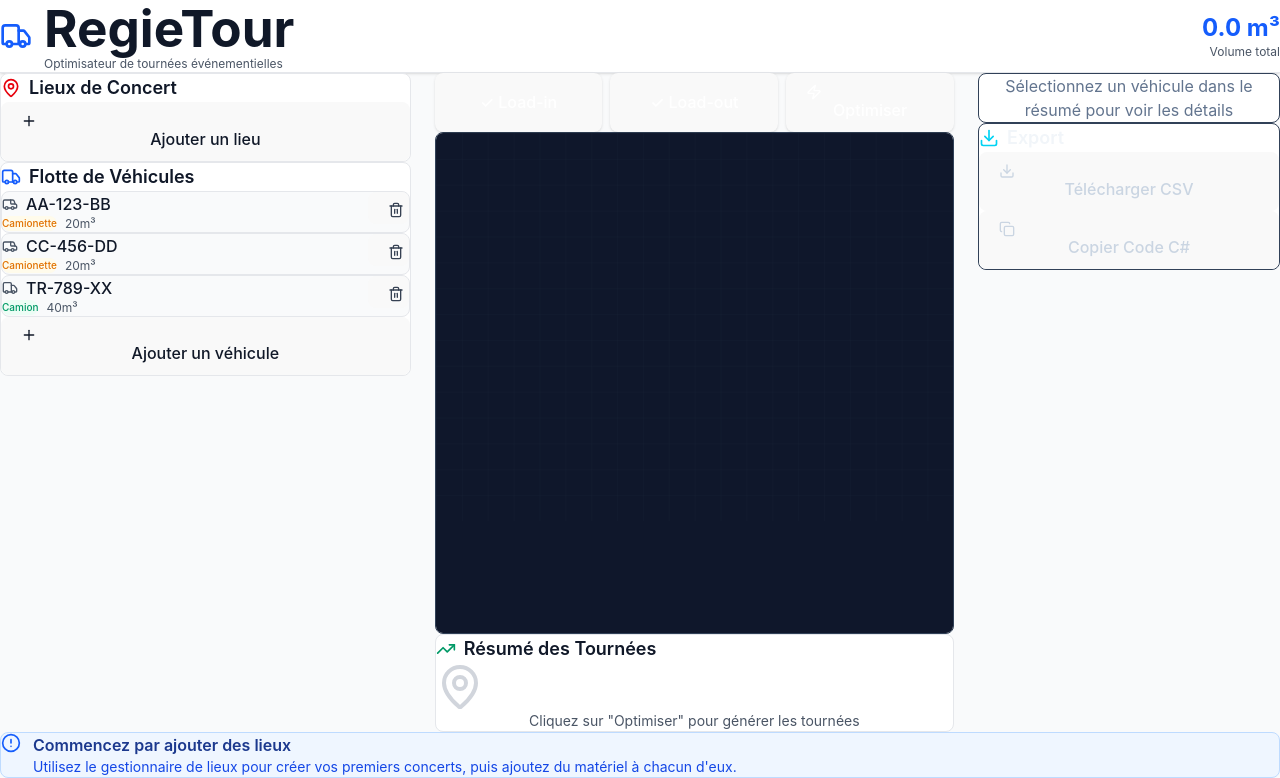
Repository: MaqlachMehdi/logipro
Page: /
These files come from the project's save history. The page is drawn as it stood at one moment and after a run of saves; the edit follows.
The browser window is 1280 px wide. The pictures show the whole page.
The project was rebuilt for these pictures with package versions that can differ from the ones it lists, and the page was loaded fresh each time. Also part of the build but not shown: vite.config.ts, src/components/ui/input.tsx, src/components/ui/label.tsx, src/components/VolumeEstimator.tsx, src/components/GearManager.tsx, src/components/ExportDatabase.tsx.

Above is the page before, as saved 2026-02-08 20:02:34.

### index.html
<!doctype html>
<html lang="en">
  <head>
    <meta charset="UTF-8" />
    <link rel="icon" type="image/svg+xml" href="/vite.svg" />
    <meta name="viewport" content="width=device-width, initial-scale=1.0" />
    <title>logipro</title>
  </head>
  <body>
    <div id="root"></div>
    <script type="module" src="/src/main.tsx"></script>
  </body>
</html>

### src/index.css
@import "tailwindcss";

* {
  margin: 0;
  padding: 0;
  box-sizing: border-box;
}

html {
  scroll-behavior: smooth;
}

body {
  background-color: #f8f9fa;
  color: #1a1a1a;
  font-family: -apple-system, BlinkMacSystemFont, 'Segoe UI', Roboto, 'Helvetica Neue', Arial, sans-serif;
  -webkit-font-smoothing: antialiased;
  -moz-osx-font-smoothing: grayscale;
}

/* Scrollbar styling */
::-webkit-scrollbar {
  width: 8px;
  height: 8px;
}

::-webkit-scrollbar-track {
  background: #f1f1f1;
}

::-webkit-scrollbar-thumb {
  background: #cbd5e1;
  border-radius: 4px;
}

::-webkit-scrollbar-thumb:hover {
  background: #94a3b8;
}
a:hover {
  color: #535bf2;
}

body {
  margin: 0;
  display: flex;
  place-items: center;
  min-width: 320px;
  min-height: 100vh;
}

h1 {
  font-size: 3.2em;
  line-height: 1.1;
}

button {
  border-radius: 8px;
  border: 1px solid transparent;
  padding: 0.6em 1.2em;
  font-size: 1em;
  font-weight: 500;
  font-family: inherit;
  background-color: #1a1a1a;
  cursor: pointer;
  transition: border-color 0.25s;
}
button:hover {
  border-color: #646cff;
}
button:focus,
button:focus-visible {
  outline: 4px auto -webkit-focus-ring-color;
}

@media (prefers-color-scheme: light) {
  :root {
    color: #213547;
    background-color: #ffffff;
  }
  a:hover {
    color: #747bff;
  }
  button {
    background-color: #f9f9f9;
  }
}

### src/components/index.tsx
export { FleetManager } from './FleetManager';
export { SpotManager } from './SpotManager';
export { VolumeEstimator } from './VolumeEstimator';
export { RouteSummary } from './RouteSummary';
export { MapPlanner } from './MapPlanner';
export { VehicleDetail } from './VehicleDetail';
export { ExportPanel } from './ExportPanel';
export { GearManager } from './GearManager';
export { ExportDatabase } from './ExportDatabase';

### src/utils/vrptw-solver.ts
import type { Vehicle, Spot, Route, Stop } from '../types';
import { GEAR_CATALOG } from './volume-data';


// Parse time string to minutes from midnight
function timeToMinutes(time: string | undefined): number {
  if (!time) return 0;
  const [hours, minutes] = time.split(':').map(Number);
  return hours * 60 + minutes;
}

// Format minutes back to time string
function minutesToTime(minutes: number): string {
  const hours = Math.floor(minutes / 60);
  const mins = minutes % 60;
  return `${hours.toString().padStart(2, '0')}:${mins.toString().padStart(2, '0')}`;
}

// Calculate distance using Haversine formula
function calculateDistance(lat1: number, lon1: number, lat2: number, lon2: number): number {
  const R = 6371; // Earth's radius in km
  const dLat = (lat2 - lat1) * Math.PI / 180;
  const dLon = (lon2 - lon1) * Math.PI / 180;
  const a =
    Math.sin(dLat/2) * Math.sin(dLat/2) +
    Math.cos(lat1 * Math.PI / 180) * Math.cos(lat2 * Math.PI / 180) *
    Math.sin(dLon/2) * Math.sin(dLon/2);
  const c = 2 * Math.atan2(Math.sqrt(a), Math.sqrt(1-a));
  return R * c;
}

interface UnassignedStop {
  spotId: string;
  spot: Spot;
  type: 'load-in' | 'load-out';
  earliest: number;
  latest: number;
  volume: number;
}

export function solveVRPTW(vehicles: Vehicle[], spots: Spot[], showLoadIn: boolean = true, showLoadOut: boolean = true): Route[] {
  const routes: Route[] = [];

  // Create unassigned stops from spots
  const unassignedStops: UnassignedStop[] = [];


  spots.forEach(spot => {
    // Calculate total volume for this spot from gear selections
    const spotVolume = spot.gearSelections.reduce((sum, sel) => {
      const gearItem = GEAR_CATALOG.find((g: any) => g.id === sel.gearId);
      return sum + (gearItem?.volume || 0) * sel.quantity;
    }, 0);

    // Load-in stop
    if (showLoadIn) {
      unassignedStops.push({
        spotId: spot.id,
        spot,
        type: 'load-in',
        earliest: timeToMinutes(spot.openingTime),
        latest: timeToMinutes(spot.concertTime),
        volume: spotVolume,
      });
    }

    // Load-out stop
    if (showLoadOut) {
      unassignedStops.push({
        spotId: spot.id,
        spot,
        type: 'load-out',
        earliest: timeToMinutes(spot.concertTime),
        latest: timeToMinutes(spot.closingTime),
        volume: spotVolume,
      });
    }
  });

  // Sort by earliest time (greedy approach)
  unassignedStops.sort((a, b) => a.earliest - b.earliest);

  // Assign stops to vehicles
  const availableVehicles = [...vehicles];
  const centerLat = 48.8566;
  const centerLon = 2.3522;

  while (unassignedStops.length > 0 && availableVehicles.length > 0) {
    const vehicle = availableVehicles.shift();
    if (!vehicle) break;

    const stops: Stop[] = [];
    let currentVolume = 0;
    let currentTime = 8 * 60; // Start at 8:00 AM
    let totalDistance = 0;

    let lastLat = centerLat;
    let lastLon = centerLon;

    // Try to assign stops to this vehicle
    for (let i = unassignedStops.length - 1; i >= 0; i--) {
      const stop = unassignedStops[i];

      // Check capacity
      if (currentVolume + stop.volume > vehicle.capacity) {
        continue;
      }

      // Calculate travel time (assume 30km/h average speed in city)
      const distance = calculateDistance(lastLat, lastLon, stop.spot.lat, stop.spot.lon);
      const travelTime = (distance / 30) * 60; // minutes
      const arrivalTime = currentTime + travelTime;

      // Check time window
      if (arrivalTime > stop.latest) {
        continue;
      }

      // Assign stop
      const serviceTime = 30; // 30 minutes for loading/unloading
      stops.push({
        venueId: stop.spotId,
        type: stop.type,
        time: minutesToTime(Math.max(arrivalTime, stop.earliest)),
        volume: stop.volume,
      });

      currentVolume += stop.volume;
      currentTime = Math.max(arrivalTime, stop.earliest) + serviceTime;
      totalDistance += distance;
      lastLat = stop.spot.lat;
      lastLon = stop.spot.lon;

      // Remove from unassigned
      unassignedStops.splice(i, 1);
    }

    // Return to depot
    const returnDistance = calculateDistance(lastLat, lastLon, centerLat, centerLon);
    totalDistance += returnDistance;

    if (stops.length > 0) {
      routes.push({
        vehicleId: vehicle.id,
        stops,
        totalDistance: Math.round(totalDistance * 10) / 10,
        totalVolume: Math.round(currentVolume * 10) / 10,
        utilization: Math.round((currentVolume / vehicle.capacity) * 100),
      });
    }
  }

  return routes;
}

### src/components/ui/index.tsx
export { Button } from './button';
export { Input } from './input';
export { Label } from './label';
export { Card, CardContent, CardHeader, CardTitle, CardDescription } from './card';

### src/utils/volume-data.ts
export const GEAR_CATALOG = [
  // Batterie & Percussion
  { id: 'drum-kit', name: 'Drum Kit Complete', category: 'Percussion', volume: 1.2 },
  { id: 'snare', name: 'Caisse Claire', category: 'Percussion', volume: 0.15 },
  { id: 'cymbals', name: 'Cymbales Pack', category: 'Percussion', volume: 0.3 },
  { id: 'percussion-extra', name: 'Percussion Extra', category: 'Percussion', volume: 0.5 },

  // Guitares & Basses
  { id: 'electric-guitar', name: 'Guitare Électrique', category: 'Guitares', volume: 0.1 },
  { id: 'bass-guitar', name: 'Basse', category: 'Guitares', volume: 0.12 },
  { id: 'acoustic-guitar', name: 'Guitare Acoustique', category: 'Guitares', volume: 0.15 },
  { id: 'guitar-amp', name: 'Ampli Guitare', category: 'Guitares', volume: 0.3 },
  { id: 'bass-amp', name: 'Ampli Basse', category: 'Guitares', volume: 0.4 },
  { id: 'pedalboard', name: 'Pedalboard', category: 'Guitares', volume: 0.08 },

  // Claviers
  { id: 'piano', name: 'Piano', category: 'Claviers', volume: 2.5 },
  { id: 'synth', name: 'Synthétiseur', category: 'Claviers', volume: 0.25 },
  { id: 'keyboard-stand', name: 'Stand Clavier', category: 'Claviers', volume: 0.15 },
  { id: 'organ', name: 'Orgue', category: 'Claviers', volume: 1.8 },

  // Sonorisation
  { id: 'pa-speaker', name: 'Enceinte PA', category: 'Sonorisation', volume: 0.4 },
  { id: 'subwoofer', name: 'Caisson de Bas', category: 'Sonorisation', volume: 0.6 },
  { id: 'mixing-console', name: 'Table de Mixage', category: 'Sonorisation', volume: 0.5 },
  { id: 'microphones', name: 'Pack Micros', category: 'Sonorisation', volume: 0.2 },
  { id: 'monitor', name: 'Moniteur Scène', category: 'Sonorisation', volume: 0.15 },

  // Éclairage
  { id: 'moving-head', name: 'Moving Head', category: 'Éclairage', volume: 0.3 },
  { id: 'led-bar', name: 'Barre LED', category: 'Éclairage', volume: 0.4 },
  { id: 'dimmer-rack', name: 'Gradateur', category: 'Éclairage', volume: 0.5 },
  { id: 'truss', name: 'Truss Section', category: 'Éclairage', volume: 0.8 },

  // Scène & Accessoires
  { id: 'flight-case', name: 'Flight Case', category: 'Accessoires', volume: 0.2 },
  { id: 'cable-box', name: 'Câbles Box', category: 'Accessoires', volume: 0.15 },
  { id: 'stand-rack', name: 'Stand Rack', category: 'Accessoires', volume: 0.25 },
  { id: 'backline-riser', name: 'Riser Backline', category: 'Accessoires', volume: 0.6 },
];

### src/components/MapPlanner.tsx
import { useMemo } from 'react';
import type { Route, Vehicle, Spot } from '../types';
import { Card, CardContent } from './ui';
import { MapPin } from 'lucide-react';

interface MapPlannerProps {
  routes: Route[];
  vehicles: Vehicle[];
  spots: Spot[];
  selectedVehicleId: string | null;
  showLoadIn: boolean;
  showLoadOut: boolean;
}

export function MapPlanner({
  routes,
  vehicles,
  spots,
  selectedVehicleId,
  showLoadIn,
  showLoadOut
}: MapPlannerProps) {
  const { scale, offsetX, offsetY } = useMemo(() => {
    if (spots.length === 0) {
      return { scale: 10000, offsetX: 0, offsetY: 0 };
    }

    const lats = spots.map(v => v.lat);
    const lons = spots.map(v => v.lon);
    const minLat = Math.min(...lats) - 0.02;
    const maxLat = Math.max(...lats) + 0.02;
    const minLon = Math.min(...lons) - 0.02;
    const maxLon = Math.max(...lons) + 0.02;

    const padding = 60;
    const width = 800 - padding * 2;
    const height = 600 - padding * 2;

    const latRange = maxLat - minLat;
    const lonRange = maxLon - minLon;

    const scale = Math.min(width / lonRange, height / latRange);

    const offsetX = padding + (width - lonRange * scale) / 2 - minLon * scale;
    const offsetY = padding + (height - latRange * scale) / 2 + maxLat * scale;

    return { scale, offsetX, offsetY };
  }, [spots]);

  const project = (lat: number, lon: number) => ({
    x: lon * scale + offsetX,
    y: offsetY - lat * scale,
  });

  const getColorHex = (color: string) => {
    const colorMap: Record<string, string> = {
      'indigo-500': '#6366f1',
      'emerald-500': '#10b981',
      'amber-500': '#f59e0b',
      'rose-500': '#f43f5e',
      'cyan-500': '#06b6d4',
      'violet-500': '#8b5cf6',
    };
    return colorMap[color] || '#64748b';
  };

  const filteredRoutes = selectedVehicleId
    ? routes.filter(r => r.vehicleId === selectedVehicleId)
    : routes;

  const allStops = filteredRoutes.flatMap(route => {
    const vehicle = vehicles.find(v => v.id === route.vehicleId);
    return route.stops.map((stop: any) => ({
      ...stop,
      vehicleId: route.vehicleId,
      vehicleColor: vehicle?.color || 'slate-500',
      vehicleCapacity: vehicle?.capacity || 0,
    }));
  });

  return (
    <Card className="bg-slate-800 border-slate-700 overflow-hidden">
      <CardContent className="p-0">
        <div className="relative w-full h-full min-h-[500px] bg-slate-900">
          <svg
            viewBox="0 0 800 600"
            className="w-full h-full"
            preserveAspectRatio="xMidYMid meet"
          >
            {/* Background grid */}
            <defs>
              <pattern id="grid" width="40" height="40" patternUnits="userSpaceOnUse">
                <path d="M 40 0 L 0 0 0 40" fill="none" stroke="#1e293b" strokeWidth="0.5"/>
              </pattern>
            </defs>
            <rect width="800" height="600" fill="url(#grid)" />

            {/* Paris center reference */}
            {(() => {
              const center = project(48.8566, 2.3522);
              return (
                <g>
                  <circle cx={center.x} cy={center.y} r="8" fill="#3b82f6" opacity="0.3" />
                  <circle cx={center.x} cy={center.y} r="4" fill="#3b82f6" />
                  <text x={center.x + 12} y={center.y + 4} fill="#3b82f6" fontSize="10" fontWeight="600">
                    Dépôt
                  </text>
                </g>
              );
            })()}

            {/* Route lines */}
            {filteredRoutes.map((route) => {
              const vehicle = vehicles.find(v => v.id === route.vehicleId);
              if (!vehicle) return null;

              const color = getColorHex(vehicle.color);
              const points = [[48.8566, 2.3522], ...route.stops.map((stop: any) => {
                const spot = spots.find(v => v.id === stop.venueId);
                return spot ? [spot.lat, spot.lon] : null;
              }).filter(Boolean)];

              const pathData = points.map((point, i) => {
                if (!point) return '';
                const projected = project(point[0], point[1]);
                return `${i === 0 ? 'M' : 'L'} ${projected.x} ${projected.y}`;
              }).join(' ');

              return (
                <path
                  key={route.vehicleId}
                  d={pathData}
                  fill="none"
                  stroke={color}
                  strokeWidth="3"
                  strokeLinecap="round"
                  strokeLinejoin="round"
                  opacity="0.8"
                />
              );
            })}

            {/* Venue markers */}
            {spots.map((spot) => {
              const pos = project(spot.lat, spot.lon);
              const spotStops = allStops.filter(s => s.venueId === spot.id);

              if (spotStops.length === 0) return null;

              return (
                <g key={spot.id}>
                  {/* Load-in marker */}
                  {showLoadIn && spotStops.some(s => s.type === 'load-in') && (
                    <g>
                      <circle
                        cx={pos.x}
                        cy={pos.y - 8}
                        r="8"
                        fill="#10b981"
                        stroke="#ffffff"
                        strokeWidth="2"
                        className="cursor-pointer hover:r-10 transition-all"
                      />
                      <text x={pos.x} y={pos.y - 5} textAnchor="middle" fill="white" fontSize="10" fontWeight="bold">
                        IN
                      </text>
                    </g>
                  )}

                  {/* Load-out marker */}
                  {showLoadOut && spotStops.some(s => s.type === 'load-out') && (
                    <g>
                      <circle
                        cx={pos.x}
                        cy={pos.y + 8}
                        r="8"
                        fill="#f43f5e"
                        stroke="#ffffff"
                        strokeWidth="2"
                        className="cursor-pointer hover:r-10 transition-all"
                      />
                      <text x={pos.x} y={pos.y + 11} textAnchor="middle" fill="white" fontSize="10" fontWeight="bold">
                        OUT
                      </text>
                    </g>
                  )}

                  {/* Venue name */}
                  <text
                    x={pos.x}
                    y={pos.y + 28}
                    textAnchor="middle"
                    fill="#94a3b8"
                    fontSize="11"
                    fontWeight="500"
                  >
                    {spot.name}
                  </text>
                </g>
              );
            })}
          </svg>
        </div>
      </CardContent>
    </Card>
  );
}

### src/components/ExportPanel.tsx
import { Card, CardContent, CardHeader, CardTitle } from './ui';
import { Button } from './ui/button';
import type { Route, Vehicle, Spot } from '../types';
import { Download, Copy } from 'lucide-react';

interface ExportPanelProps {
  routes: Route[];
  vehicles: Vehicle[];
  spots: Spot[];
}

export function ExportPanel({ routes, vehicles, spots }: ExportPanelProps) {
  const generateCSV = () => {
    let csv = 'Vehicle ID,Vehicle Name,Stop Type,Venue,Address,Time,Volume,Order\n';

    routes.forEach(route => {
      const vehicle = vehicles.find(v => v.id === route.vehicleId);
      if (!vehicle) return;

      route.stops.forEach((stop, index) => {
        const spot = spots.find(v => v.id === stop.venueId);
        csv += `${vehicle.id},${vehicle.name},${stop.type},"${spot?.name || 'Unknown'}","${spot?.address || 'Unknown'}",${stop.time},${stop.volume},${index + 1}\n`;
      });
    });

    return csv;
  };

  const downloadCSV = () => {
    const csv = generateCSV();
    const blob = new Blob([csv], { type: 'text/csv' });
    const url = URL.createObjectURL(blob);
    const a = document.createElement('a');
    a.href = url;
    a.download = `regietour-routes-${new Date().toISOString().split('T')[0]}.csv`;
    a.click();
    URL.revokeObjectURL(url);
  };

  const generateCSharpCode = () => {
    let code = `using System.Collections.Generic;\n\nnamespace RegieTour.Models\n{\n    public class RoutePlan\n    {\n        public string VehicleId { get; set; }\n        public string VehicleName { get; set; }\n        public List<Stop> Stops { get; set; }\n    }\n\n    public class Stop\n    {\n        public string VenueId { get; set; }\n        public string VenueName { get; set; }\n        public string StopType { get; set; }\n        public string Time { get; set; }\n        public double Volume { get; set; }\n    }\n\n    public class RouteCollection\n    {\n        public List<RoutePlan> Routes { get; set; } = new List<RoutePlan>();\n`;

    routes.forEach(route => {
      const vehicle = vehicles.find(v => v.id === route.vehicleId);
      if (!vehicle) return;

      code += `        public RoutePlan Route_${vehicle.id.replace('-', '_')} { get; set; } = new RoutePlan\n`;
      code += `        {\n`;
      code += `            VehicleId = "${vehicle.id}",\n`;
      code += `            VehicleName = "${vehicle.name}",\n`;
      code += `            Stops = new List<Stop>\n`;
      code += `            {\n`;

      route.stops.forEach(stop => {
        const spot = spots.find(v => v.id === stop.venueId);
        code += `                new Stop { VenueId = "${stop.venueId}", VenueName = "${spot?.name || ''}", StopType = "${stop.type}", Time = "${stop.time}", Volume = ${stop.volume} },\n`;
      });

      code += `            }\n`;
      code += `        };\n`;
    });

    code += `    }\n}`;
    return code;
  };

  const copyCSharpCode = () => {
    const code = generateCSharpCode();
    navigator.clipboard.writeText(code);
  };

  return (
    <Card className="bg-slate-800 border-slate-700">
      <CardHeader>
        <CardTitle className="text-slate-100 flex items-center gap-2">
          <Download className="w-5 h-5 text-cyan-400" />
          Export
        </CardTitle>
      </CardHeader>
      <CardContent className="space-y-3">
        <Button
          variant="outline"
          size="sm"
          className="w-full border-slate-600 text-slate-300 hover:bg-slate-700 justify-start"
          onClick={downloadCSV}
        >
          <Download className="w-4 h-4 mr-2" />
          Télécharger CSV
        </Button>
        <Button
          variant="outline"
          size="sm"
          className="w-full border-slate-600 text-slate-300 hover:bg-slate-700 justify-start"
          onClick={copyCSharpCode}
        >
          <Copy className="w-4 h-4 mr-2" />
          Copier Code C#
        </Button>
      </CardContent>
    </Card>
  );
}

### src/components/ui/button.tsx
import React from 'react';

type ButtonVariant = 'default' | 'outline' | 'ghost';
type ButtonSize = 'default' | 'sm' | 'lg';

interface ButtonProps extends React.ButtonHTMLAttributes<HTMLButtonElement> {
  variant?: ButtonVariant;
  size?: ButtonSize;
  children: React.ReactNode;
}

const variantStyles: Record<ButtonVariant, string> = {
  default: 'bg-blue-600 hover:bg-blue-700 text-white shadow-sm',
  outline: 'border border-gray-300 bg-white text-gray-900 hover:bg-gray-50',
  ghost: 'bg-transparent text-gray-700 hover:bg-gray-100',
};

const sizeStyles: Record<ButtonSize, string> = {
  default: 'px-4 py-2 text-sm',
  sm: 'px-3 py-1.5 text-xs',
  lg: 'px-6 py-3 text-base',
};

export function Button({
  variant = 'default',
  size = 'default',
  className = '',
  children,
  ...props
}: ButtonProps) {
  return (
    <button
      className={`rounded-lg font-medium transition-colors ${variantStyles[variant]} ${sizeStyles[size]} ${className}`}
      {...props}
    >
      {children}
    </button>
  );
}

### src/components/ui/card.tsx
import React from 'react';

export function Card({ children, className = '' }: { children: React.ReactNode; className?: string }) {
  return (
    <div className={`rounded-lg border border-gray-200 bg-white ${className}`}>
      {children}
    </div>
  );
}

export function CardContent({ children, className = '' }: { children: React.ReactNode; className?: string }) {
  return (
    <div className={`p-4 ${className}`}>
      {children}
    </div>
  );
}

export function CardHeader({ children, className = '' }: { children: React.ReactNode; className?: string }) {
  return (
    <div className={`px-4 pt-4 ${className}`}>
      {children}
    </div>
  );
}

export function CardTitle({ children, className = '' }: { children: React.ReactNode; className?: string }) {
  return (
    <h2 className={`text-lg font-semibold text-gray-900 ${className}`}>
      {children}
    </h2>
  );
}

export function CardDescription({ children, className = '' }: { children: React.ReactNode; className?: string }) {
  return (
    <p className={`text-sm text-gray-600 ${className}`}>
      {children}
    </p>
  );
}

Loaded but not shown: src/main.tsx (common file); src/App.tsx (272 lines, source omitted); src/components/FleetManager.tsx (201 lines, source omitted); src/components/SpotManager.tsx (195 lines, source omitted); src/components/VehicleDetail.tsx (161 lines, source omitted); src/components/RouteSummary.tsx (133 lines, source omitted)

After the next 2 saves:
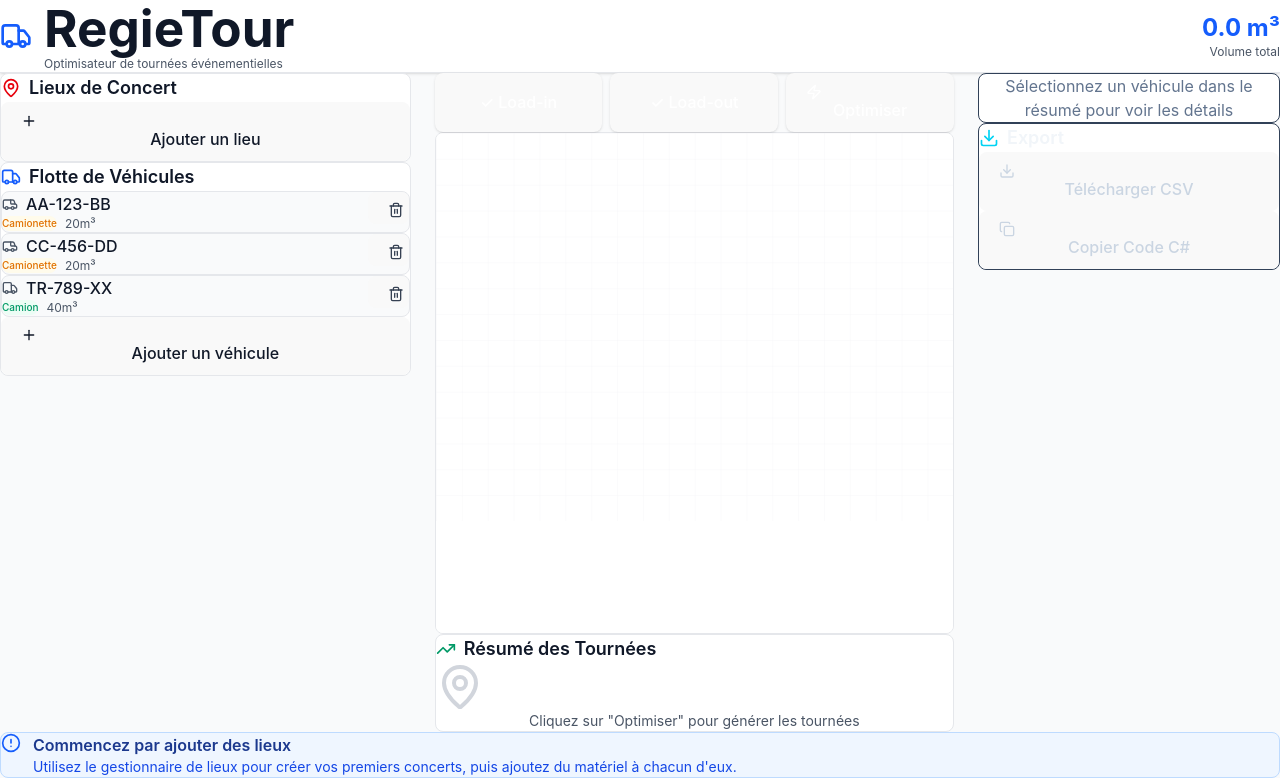
The 2 saves are shown as one change because they came seconds apart.
The last was saved 14 s later.
--- a/src/components/MapPlanner.tsx
+++ b/src/components/MapPlanner.tsx
@@ -79,9 +79,9 @@ export function MapPlanner({
   });
 
   return (
-    <Card className="bg-slate-800 border-slate-700 overflow-hidden">
+    <Card className="bg-white border-gray-200 overflow-hidden">
       <CardContent className="p-0">
-        <div className="relative w-full h-full min-h-[500px] bg-slate-900">
+        <div className="relative w-full h-full min-h-[500px] bg-white">
           <svg
             viewBox="0 0 800 600"
             className="w-full h-full"
@@ -90,7 +90,7 @@ export function MapPlanner({
             {/* Background grid */}
             <defs>
               <pattern id="grid" width="40" height="40" patternUnits="userSpaceOnUse">
-                <path d="M 40 0 L 0 0 0 40" fill="none" stroke="#1e293b" strokeWidth="0.5"/>
+                <path d="M 40 0 L 0 0 0 40" fill="none" stroke="#e5e7eb" strokeWidth="0.5"/>
               </pattern>
             </defs>
             <rect width="800" height="600" fill="url(#grid)" />
@@ -190,7 +190,7 @@ export function MapPlanner({
                     x={pos.x}
                     y={pos.y + 28}
                     textAnchor="middle"
-                    fill="#94a3b8"
+                    fill="#6b7280"
                     fontSize="11"
                     fontWeight="500"
                   >
